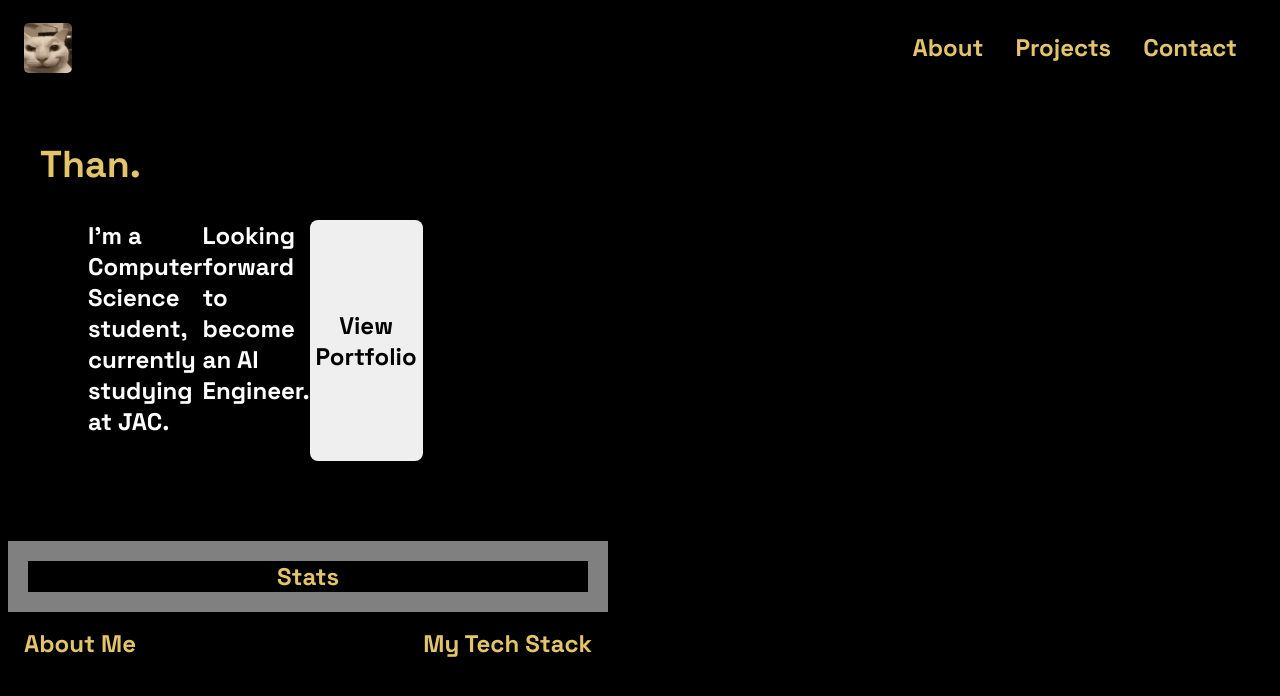
Repository: Than-dot/Than-dot
Page: index.html
An editor plug-in stored every save of this project. The page is shown before and after the next save, followed by the edit.
The browser window is 1280 px wide. The pictures show the whole page.

Above is the page before, as saved 2026-05-06 12:32:42.

After the next save:
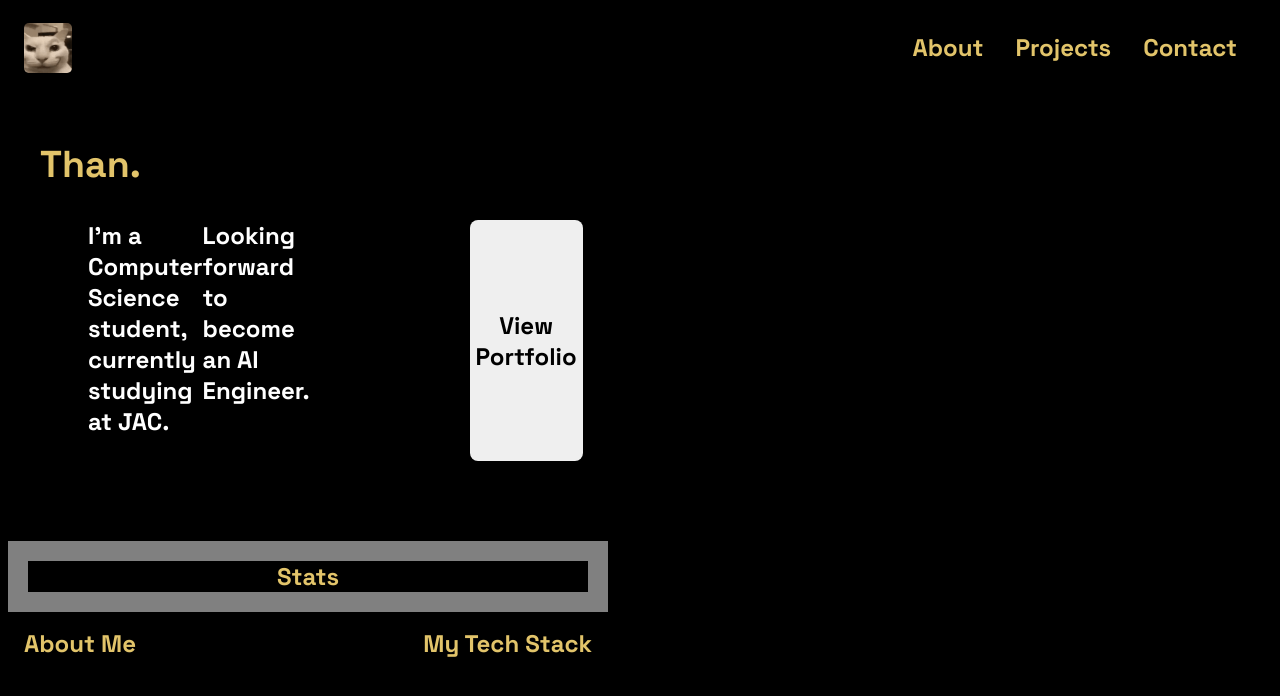
Saved 6 s later.
--- a/styles/index.css
+++ b/styles/index.css
@@ -48,7 +48,7 @@ button {
   border-radius: 8px;
   border: none;
   max-width: 10rem;
-  margin-left: rem;
+  margin-left: 10rem;
   margin-right: 10rem;
 }
 
